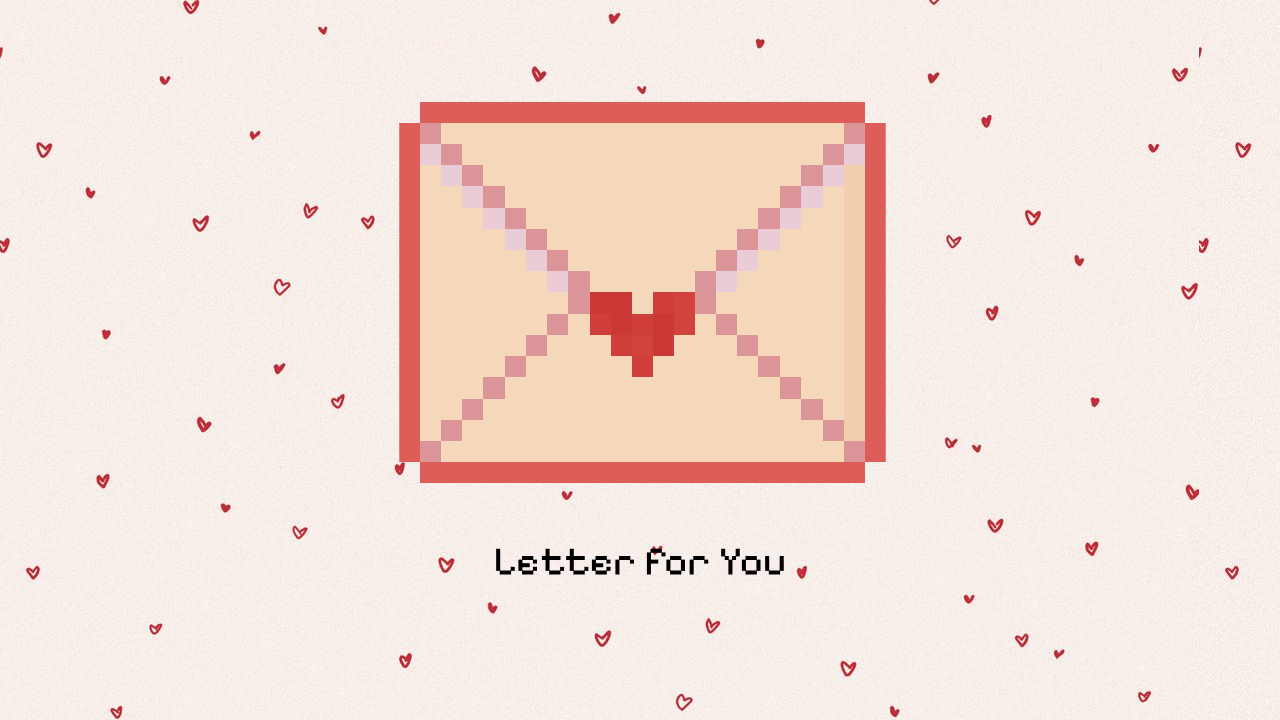
Repository: boofoo-png/valentines
Page: index.html
An editor plug-in stored every save of this project. The page is shown before and after the next save, followed by the edit.
The browser window is 1280 px wide. The pictures show the whole page.
Some web fonts or font styles are not loaded; a fallback is used.

Above is the page before, as saved 2026-02-01 22:32:04.

### index.html
<!doctype html>
<html lang="en">
    <head>
        <meta charset="UTF-8" />
        <link rel="stylesheet" href="styles.css" />
        <meta name="viewport" content="width=device-width, initial-scale=1.0" />

        <link rel="preconnect" href="https://fonts.googleapis.com" />
        <link rel="preconnect" href="https://fonts.gstatic.com" crossorigin />
        <link
            href="https://fonts.googleapis.com/css2?family=Pixelify+Sans:wght@400..700&family=Playfair+Display:ital,wght@0,400..900;1,400..900&display=swap"
            rel="stylesheet" />
        <title>Valentine Letter</title>
    </head>
    <body>
        <!-- envelope screen-->
        <div id="envelope-container">
            <img src="envelope.png" alt="Envelope" id="envelope-image" />
            <p>Letter for You</p>
        </div>

        <!-- letter screen-->
        <div id="letter-container">
            <div class="letter-window">
                <h1 id="letter-title">Will You Be My Valentine?</h1>

                <img src="cat_heart.gif" alt="Cat" class="letter-cat" />

                <div class="buttons" id="letter-buttons">
                    <img src="yes.png" class="btn yes-btn" alt="yes" />
                    <div class="no-wrapper">
                        <img src="no.png" class="btn no-btn" alt="no" />
                    </div>
                </div>
                <p id="final-text" class="final-text" style="display: none">
                    <strong>Valentine Date: February 14th</strong> Jay Nok at
                    7pm
                </p>
            </div>
        </div>
        <script src="script.js"></script>
    </body>
</html>

### styles.css
body {
    margin: 0;
    height: 100vh;
    display: flex;
    justify-content: center;
    align-items: center;
    background-image: url("heart-bg.jpg");
    font-family: "Pixelify Sans", sans-serif;
}

/*Envelope Screen*/

#envelope-container {
    text-align: center;
    cursor: pointer;
}

@keyframes pulse {
    0% {
        transform: scale(1);
    }
    50% {
        transform: scale(1.1);
    }
    100% {
        transform: scale(1);
    }
}

#envelope {
    width: 200px;
    animation: pulse 1.5s infinite;
    cursor: pointer;
}

#letter-container {
    display: none;
    position: fixed;
    inset: 0;
    justify-content: center;
    align-items: center;
}

.letter-window {
    width: 90vw;
    max-width: 800px;
    aspect-ratio: 3/2;
    padding: 20px 20px 0 20px;
    display: flex;
    flex-direction: column;
    justify-content: center;
    text-align: center;
    background-image: url("window.png");
    background-size: contain;
    background-repeat: no-repeat;
    background-position: center;
    border-radius: 12px;
    gap: 1px;
    padding-top: 180px;

    transform: scale(1.2);
    opacity: 0;
    transition:
        transform 0.6s ease,
        opacity 0.6s ease;
}

.letter-window.open {
    transform: scale(1);
    opacity: 1;
}
h1 {
    font-size: 30px;
    margin: 0;
}
p {
    font-size: 40px;
}

/* Cat */
.cat {
    width: 250px;
    margin: 10px 0;
    transition: width 0.4s ease;
}
.letter-window.final .cat {
    width: 180px;
}

/*buttons*/
.buttons {
    display: flex;
    justify-content: center;
    gap: 30px;
    position: relative;
}

.no-wrapper {
    position: relative;
}

.btn {
    width: 120px;
    cursor: pointer;
    user-select: none;
}

.yes-btn,
.no-btn {
    width: 120px;
    height: auto;
    display: inline-block;
}

.yes-btn {
    position: relative;
    z-index: 2;
    transform-origin: center center;
    transition: transform 0.3s ease;
}

.no-btn {
    z-index: 1;
    position: relative;
    transition: transform 0.15s ease;
    cursor: default;
}

.final-text {
    font-size: 22px;
    line-height: 1.4;
    text-align: center;
    display: inline-block;
    padding: 10px 20px;
    background-color: rgba(225, 240, 240, 0.5);
    border-radius: 12px;
}

### script.js
const envelope = document.getElementById("envelope-container");
const letter = document.getElementById("letter-container");
const noBtn = document.querySelector(".no-btn");
const yesBtn = document.querySelector(".yes-btn");

const title = document.getElementById("letter-title");
const catImg = document.getElementById("letter-cat");
const buttons = document.getElementById("letter-buttons");
const finalText = document.getElementById("final-text");

// click envelope

envelope.addEventListener("click", () => {
    envelope.style.display = "none";
    letter.style.display = "flex";

    setTimeout(() => {
        document.querySelector(".letter-window").classList.add("open");
    }, 50);
});

//logic to make YES btn to grow

let yesScale = 1;

yesBtn.style.position = "relative";
yesBtn.style.transformOrigin = "center center";
yesBtn.style.transition = "transform 0.3 ease";

noBtn.addEventListener("click", () => {
    yesScale += 2;

    if (yesBtn.style.position !== fixed) {
        yesBtn.style.position = "fixed";
        yesBtn.style.top = "50%";
        yesBtn.style.left = "50%";
        yesBtn.style.transform = "translate(-50%, -50%) scale(${yesScale})";
    } else {
        yesBtn.style.transform = "translate(-50%, -50%) scale(${yesScale})";
    }
});

//yes if clicked

yesBtn.addEventListener("click", () => {
    title.textContent = "YIPPEEEEE";

    catImg.src = "cat_dance.gif";

    document.querySelector(".letter-window").classList.add("final");

    buttons.style.display = "none";

    finalText.style.display = "block";
});

After the next save:
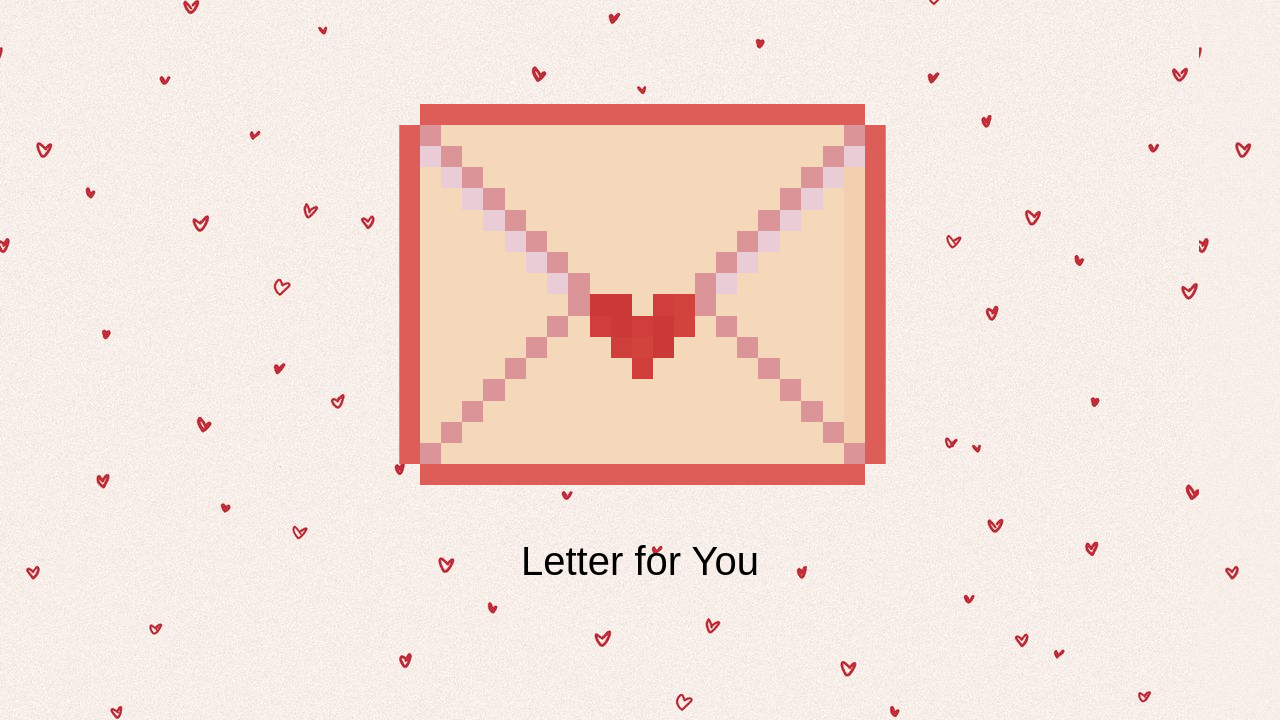
Saved 5 s later.
--- a/styles.css
+++ b/styles.css
@@ -5,7 +5,7 @@ body {
     justify-content: center;
     align-items: center;
     background-image: url("heart-bg.jpg");
-    font-family: "Pixelify Sans", sans-serif;
+    font-family: "Pixelfy Sans", sans-serif;
 }
 
 /*Envelope Screen*/
